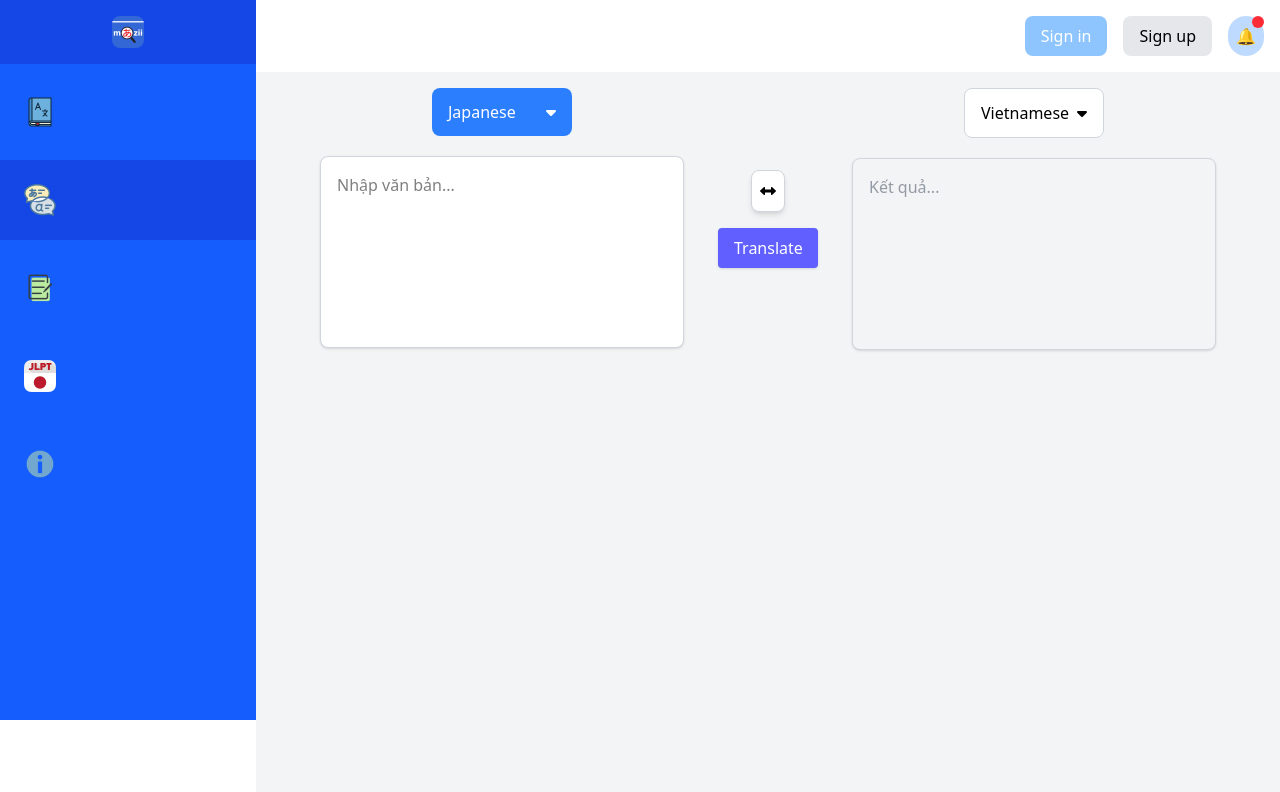
Repository: reminzuetto/JapaneseTranslationApp
Page: /translate
The author's editor kept a copy of each file at every save. The page is drawn from the files as they stood at one save, then again after the next save.
The browser window is 1280 px wide. The pictures show the whole page.
The page's requests for data from a server got no answer. The project was rebuilt for these pictures with package versions that can differ from the ones it lists, and the page was loaded fresh each time. No one was signed in, and anything a server would have sent is missing. Also part of the build but not shown: vite.config.js, src/components/Header/NotificationItem.jsx, src/components/SeachBar/DropDownButton.jsx, src/components/SeachBar/SearchInput.jsx, src/components/SeachBar/SearchBar.jsx, src/pages/Home.jsx, src/Firebase.jsx, src/pages/SignInForm.jsx and 5 more.

Above is the page before, as saved 2025-03-18 00:11:44.

After the next save:
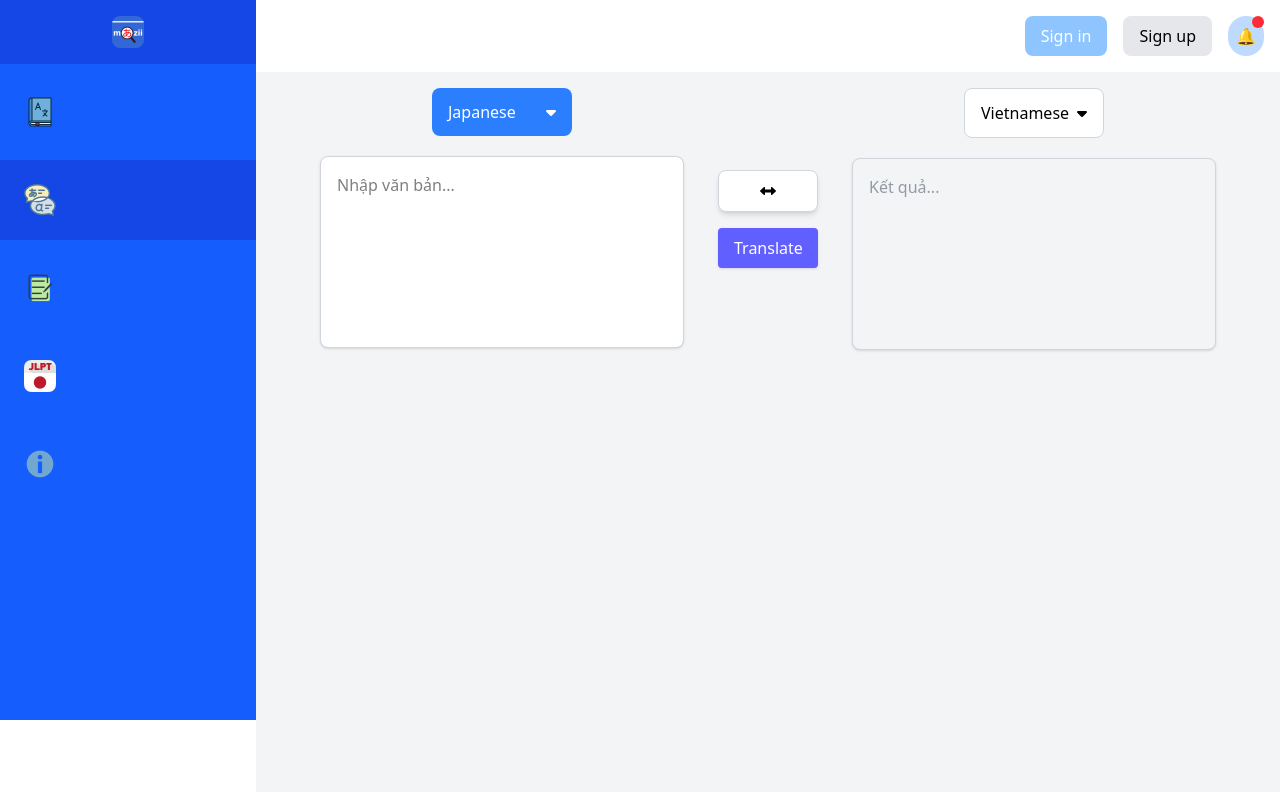
Saved 5 s later.
--- a/src/pages/TranslatePage.jsx
+++ b/src/pages/TranslatePage.jsx
@@ -59,7 +59,7 @@ const TranslatePage = () => {
         <div className="col-span-2 flex flex-col justify-center items-center space-y-4">
           <button
             onClick={swapLanguages}
-            className="p-2 bg-white text-black rounded-lg shadow-md border border-gray-300 hover:bg-gray-200 transition"
+            className="p-2 bg-white w-[100px] text-black rounded-lg shadow-md border border-gray-300 hover:bg-gray-200 transition"
           >
             <FontAwesomeIcon icon={faArrowsAltH} />
           </button>
